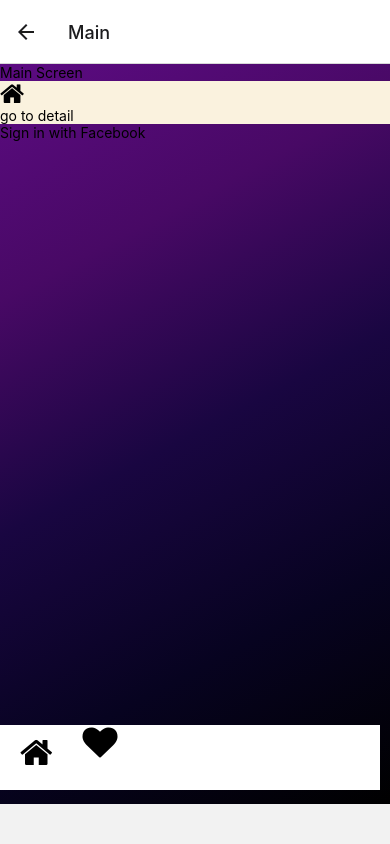
Repository: eyebone/barManager
Screen: /Main
An editor plug-in stored every save of this project. The screen is shown before and after the next save, followed by the edit.
The app was drawn by React Native's web renderer in a window 390 px wide. The project was rebuilt for these pictures with package versions that can differ from the ones it lists, and the page was loaded fresh each time. Some packages were replaced by stand-ins written for this rebuild. Also part of the build but not shown: components/EmojiPicker.js, components/Button.js, components/ImageViewer.js, components/circleButton.js, components/IconButton.js, view/ViewOne.js, view/Sign.js.

Above is the screen before, as saved 2023-06-26 17:16:54.

### App.js
// In App.js in a new project

import * as React from "react";
import { Button, View, Text, StyleSheet, Pressable, Alert } from "react-native";
// import React-native from 'react-native';
import { NavigationContainer } from "@react-navigation/native";
import { createNativeStackNavigator } from "@react-navigation/native-stack";
import { ViewOne } from "./view/ViewOne";
import { SignView } from "./view/Sign";
import { LinearGradient } from "expo-linear-gradient";
import FontAwesome from "react-native-vector-icons/FontAwesome";
import { MainView } from "./view/Main";

function HomeScreen({ navigation }) {
  return (
    <View style={styles.container}>
      <LinearGradient
        start={{ x: 0, y: 0 }}
        end={{ x: 1, y: 1 }}
        colors={["#5c0b82", "#480965", "#190641", "#070320", "#000000"]}
        style={styles.linearGradient}
      >
        <Text>Home Screen</Text>
        <Pressable
          style={(styles.button, { backgroundColor: "#faf2de" })}
          onPress={() => navigation.push("test")}
        >
          <FontAwesome name="home" size={26} style={{ paddingRight: 8 }} />
          <Text>go to detail</Text>
        </Pressable>

        <Button
          title="Go to Sign"
          onPress={() => navigation.navigate("sign")}
        />
        <Text style={styles.buttonText}>Sign in with Facebook</Text>
      </LinearGradient>
    </View>
  );
}

const Stack = createNativeStackNavigator();

function App() {
  return (
    <NavigationContainer style={styles.container}>
      <Stack.Navigator initialRouteName="Home">
        <Stack.Screen
          name="Home"
          component={HomeScreen}
          // options={{ title: "Overview", backgroundColor: "transparent" }}
          options={{ headerShown: false }}
        />
        <Stack.Screen name="test" component={ViewOne} />
        <Stack.Screen name="sign" component={SignView}
          options={{ headerShown: false }}
        />
        <Stack.Screen name="Main" component={MainView} />
      </Stack.Navigator>
    </NavigationContainer>
  );
}

export default App;

const styles = StyleSheet.create({
  container: {
    flex: 1,
    flexDirection: "column",
    backgroundColor: "#000000",
    //    alignItems: 'center',
  },
  linearGradient: {
    height: 740,
  },
  button: {
    borderRadius: 10,
    width: 300,
    height: 30,
    alignItems: "center",
    justifyContent: "center",
    flexDirection: "row",
  },
});

### view/Main.js
// 这是主界面

import { useState } from "react";
import { StatusBar } from "expo-status-bar";
import { StyleSheet, View } from "react-native";
import * as ImagePicker from "expo-image-picker";
import EmojiPicker from "../components/EmojiPicker";
import Button from "../components/Button";
import ImageViewer from "../components/ImageViewer";
import CircleButton from "../components/circleButton";
import IconButton from "../components/IconButton";
import { NavigationContainer } from "@react-navigation/native";
import { createNativeStackNavigator } from "@react-navigation/native-stack";
import { Text, Pressable } from "react-native";
import { NavigationBar } from "../components/NavigationBar";
import { LinearGradient } from "expo-linear-gradient";
import FontAwesome from "react-native-vector-icons/FontAwesome";

export function MainView({ navigation }) {
  return (
    <LinearGradient
      start={{ x: 0, y: 0 }}
      end={{ x: 1, y: 1 }}
      colors={["#5c0b82", "#480965", "#190641", "#070320", "#000000"]}
      style={styles.linearGradient}
    >
      <Text>Main Screen</Text>
      <Pressable
        style={(styles.button, { backgroundColor: "#faf2de" })}
        onPress={() => navigation.push("Home")}
      >
        <FontAwesome name="home" size={26} style={{ paddingRight: 8 }} />
        <Text>go to detail</Text>
      </Pressable>

      <Text style={styles.buttonText}>Sign in with Facebook</Text>
      <NavigationBar />
    </LinearGradient>
  );
}

const styles = StyleSheet.create({
  container: {
    flex: 1,
    flexDirection: "column",
    backgroundColor: "#000000",
    //    alignItems: 'center',
  },
  linearGradient: {
    height: 740,
  },
  button: {
    borderRadius: 10,
    width: 300,
    height: 30,
    alignItems: "center",
    justifyContent: "center",
    flexDirection: "row",
  },
});

### components/NavigationBar.js
//这是底部导航栏
import { StatusBar } from "expo-status-bar";
import { StyleSheet, View, Text } from "react-native";
import Button from "../components/Button";
import ImageViewer from "../components/ImageViewer";
import * as ImagePicker from "expo-image-picker";
import { useState } from "react";
const PlaceholderImage = require("../assets/images/background-image.png");
import * as React from "react";
import FontAwesome from "react-native-vector-icons/FontAwesome";
import {
  FlatList,
  Image,
  Platform,
  Pressable,
  PixelRatio,
  TextInput,
  Alert,
} from "react-native";
import { NavigationContainer } from "@react-navigation/native";
import { createNativeStackNavigator } from "@react-navigation/native-stack";
import { LinearGradient } from "expo-linear-gradient";

export function NavigationBar({navigation}) {
    return (
      <View style={styles.bar}>
        <Pressable style={{marginLeft: 20, marginTop: 10}}>
          <FontAwesome name="home" size={35}></FontAwesome>
        </Pressable>
        <Pressable>
          <FontAwesome name="heart" size={35}
          style={{marginLeft: 30}}></FontAwesome>
        </Pressable>
      </View>
    );
}

const styles = StyleSheet.create({
    bar:{
        width: 380,
        height: 65,
        backgroundColor: "#fff",
        marginTop: 584,
        flexDirection: "row"
    },
})

After the next save:
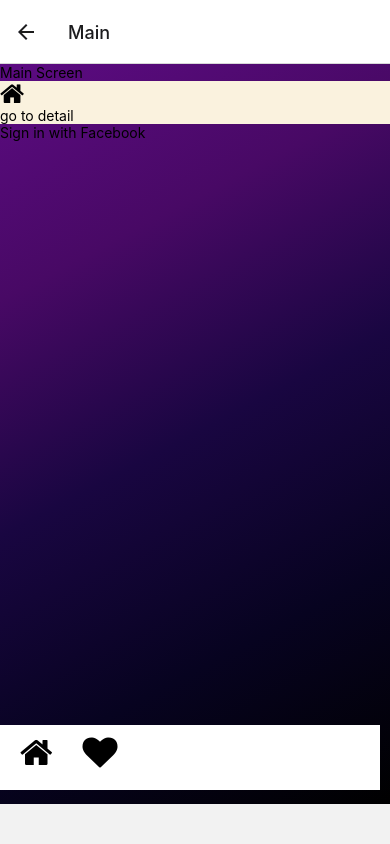
Saved 17 s later.
--- a/components/NavigationBar.js
+++ b/components/NavigationBar.js
@@ -24,12 +24,15 @@ import { LinearGradient } from "expo-linear-gradient";
 export function NavigationBar({navigation}) {
     return (
       <View style={styles.bar}>
-        <Pressable style={{marginLeft: 20, marginTop: 10}}>
+        <Pressable style={{ marginLeft: 20, marginTop: 10 }}>
           <FontAwesome name="home" size={35}></FontAwesome>
         </Pressable>
         <Pressable>
-          <FontAwesome name="heart" size={35}
-          style={{marginLeft: 30}}></FontAwesome>
+          <FontAwesome
+            name="heart"
+            size={35}
+            style={{ marginLeft: 30, marginTop: 10 }}
+          ></FontAwesome>
         </Pressable>
       </View>
     );
